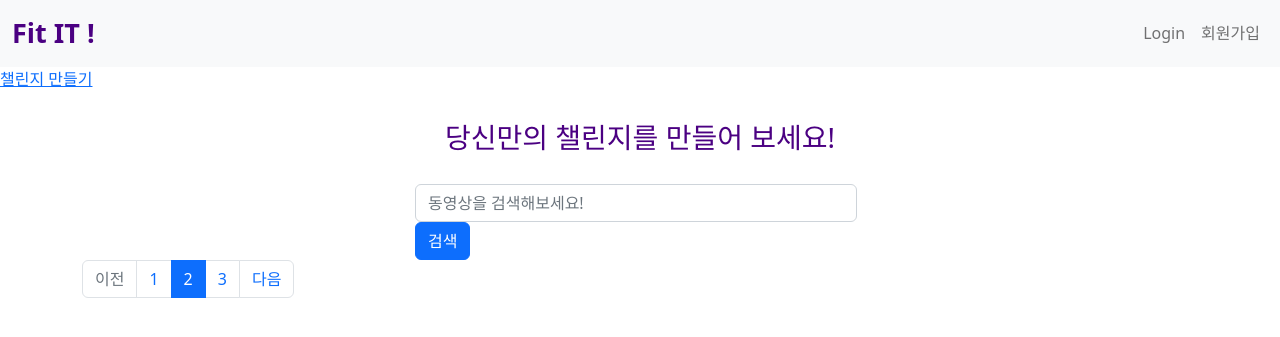
Repository: 4everGirls/Fit-IT-FRONT
Page: /makeChallenge (app in FrontEnd/fit-it/)
These files come from the project's save history. The page is drawn as it stood at one moment and after the next save; the edit follows.
The browser window is 1280 px wide. The pictures show the whole page.
The project was rebuilt for these pictures with package versions that can differ from the ones it lists, and the page was loaded fresh each time. Also part of the build but not shown: FrontEnd/fit-it/vue.config.js, FrontEnd/fit-it/src/views/HomeView.vue, FrontEnd/fit-it/src/components/user/RegistUser.vue, FrontEnd/fit-it/src/components/user/LoginUser.vue.

Above is the page before, as saved 2022-11-20 12:23:01.

After the next save:
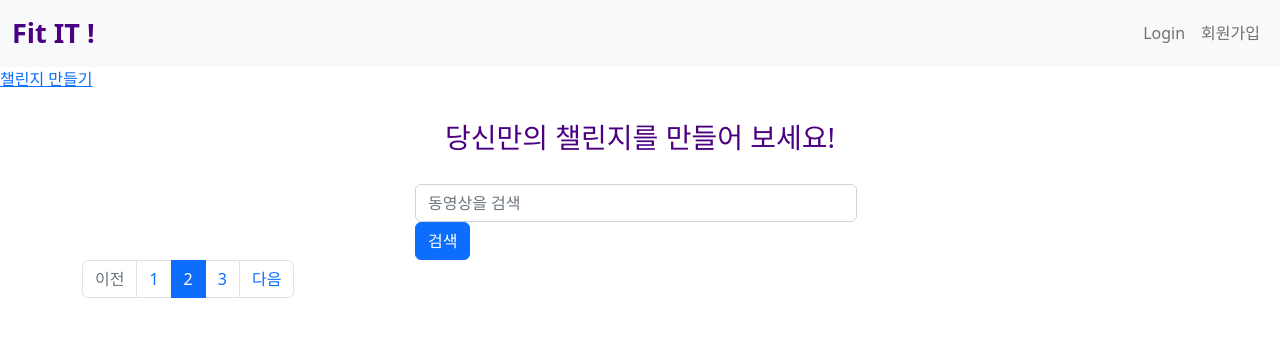
Saved 10 s later.
--- a/FrontEnd/fit-it/src/components/challenge/MakeChallenge/SearchVideo.vue
+++ b/FrontEnd/fit-it/src/components/challenge/MakeChallenge/SearchVideo.vue
@@ -9,7 +9,7 @@
           <input
             class="form-control me-2"
             type="search"
-            placeholder="동영상을 검색해보세요!"
+            placeholder="동영상을 검색"
             aria-label="Search"
             size="40"
             v-on:keydown.enter.prevent="search"
